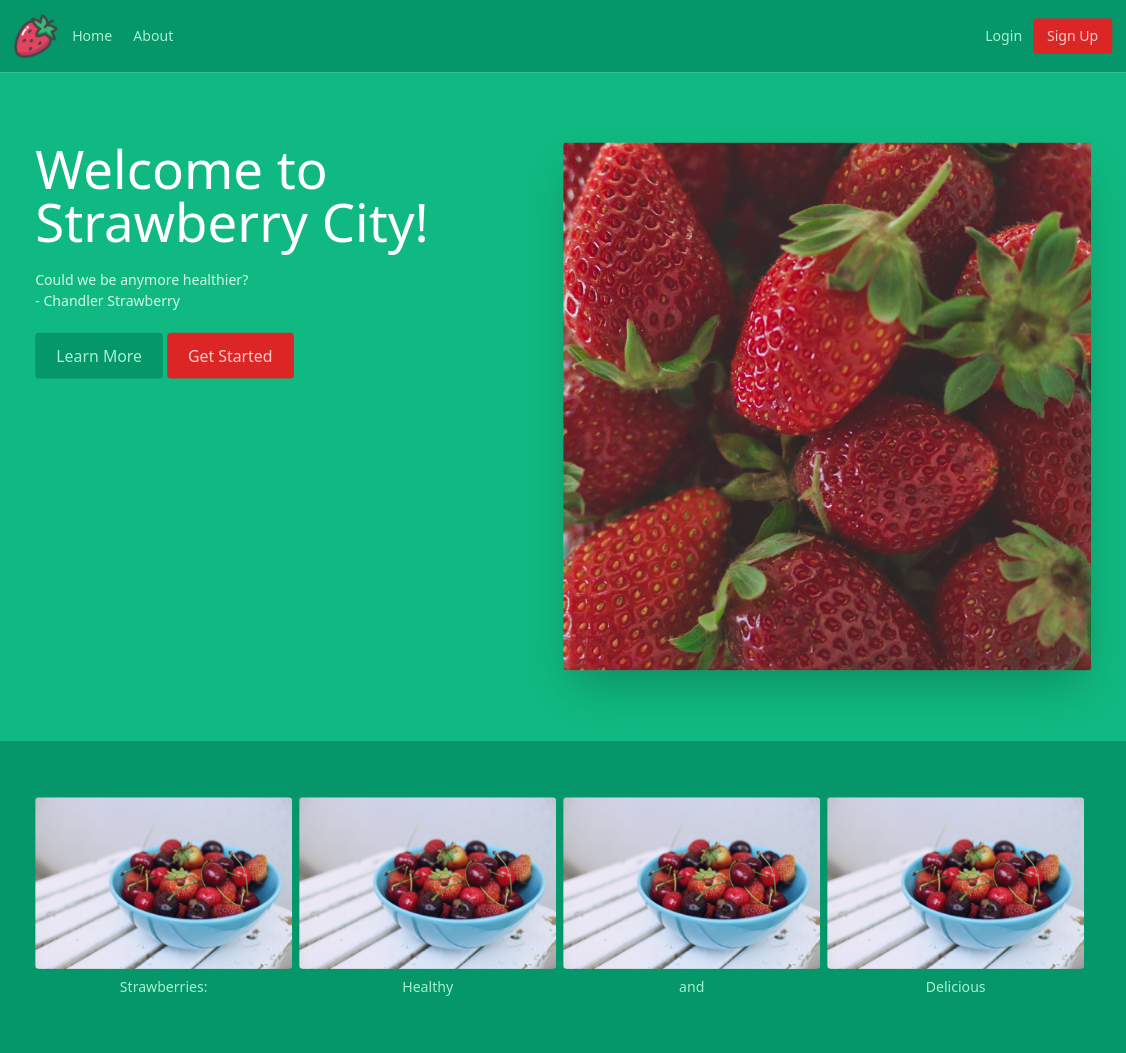
Repository: DaNiels89/tailwind-stawberries
Page: index.html
The author's editor kept a copy of each file at every save. The page is drawn from the files as they stood at one save, then again after the next save.
The browser window is 1280 px wide. The pictures show the whole page, at 88% of full size.

Above is the page before, as saved 2020-08-24 14:38:08.

### index.html
<!DOCTYPE html>
<html lang="en">
  <head>
    <meta charset="UTF-8" />
    <meta name="viewport" content="width=device-width, initial-scale=1.0" />
    <title>Website with Tailwind</title>
    <link
      href="https://unpkg.com/tailwindcss@^1.0/dist/tailwind.min.css"
      rel="stylesheet"
    />
  </head>
  <body>
    <header class="bg-green-600 p-4">
      <nav class="flex justify-between items-center">
        <div class="flex items-center">
          <img
            src="img/strawberry-icon.png"
            alt="Strawberry logo"
            class="mr-2"
            width="50"
          />
          <a
            href="#"
            class="inline-block p-2 text-green-200 hover:text-green-100 mr-2"
            >Home</a
          >
          <a
            href="#"
            class="inline-block p-2 text-green-200 hover:text-green-100"
            >About</a
          >
        </div>
        <div class="">
          <a
            href="#"
            class="inline-block p-2 text-green-200 hover:text-green-100"
            >Login</a
          >
          <a
            href="#"
            class="inline-block py-2 px-4 text-red-200 bg-red-600 rounded hover:text-red-100 hover:bg-red-500 transition ease-in duration-150"
            >Sign Up</a
          >
        </div>
      </nav>
    </header>
    <main class="">
      <div
        class="md:flex justify-between py-20 px-10 bg-green-500 text-green-100"
      >
        <div class="md:w-1/2 mb-10 md:mb-0">
          <h1 class="text-2xl md:text-4xl lg:text-6xl text-white mb-6">
            Welcome to Strawberry City!
          </h1>
          <p class="">Could we be anymore healthier?</p>
          <p class="mb-6">- Chandler Strawberry</p>

          <a
            href="#"
            class="inline-block py-3 px-6 text-lg text-green-200 bg-green-600 rounded hover:text-green-100 hover:bg-green-400 transition ease-in duration-150"
            >Learn More</a
          >
          <a
            href="#"
            class="inline-block py-3 px-6 text-lg text-red-200 bg-red-600 rounded hover:text-red-100 hover:bg-red-500 transition ease-in duration-150"
            >Get Started</a
          >
        </div>
        <div class="w-1/2">
          <img
            src="img/strawberry.jpg"
            alt="Strawberries"
            class="w-full rounded shadow-2xl"
          />
        </div>
      </div>
      <div class="flex py-16 px-10 bg-green-600 text-green-200 text-center">
        <div class="mr-2">
          <img
            src="img/strawberries3.jpg"
            alt="Strawberries"
            class="w-full mb-2 rounded"
          />
          <p class="">Strawberries:</p>
        </div>
        <div class="mr-2">
          <img
            src="img/strawberries3.jpg"
            alt="Strawberries"
            class="w-full mb-2 rounded"
          />
          <p class="">Healthy</p>
        </div>
        <div class="mr-2">
          <img
            src="img/strawberries3.jpg"
            alt="Strawberries"
            class="w-full mb-2 rounded"
          />
          <p class="">and</p>
        </div>
        <div class="mr-2">
          <img
            src="img/strawberries3.jpg"
            alt="Strawberries"
            class="w-full mb-2 rounded"
          />
          <p class="">Delicious</p>
        </div>
      </div>
    </main>
    <footer class=""></footer>
  </body>
</html>

After the next save:
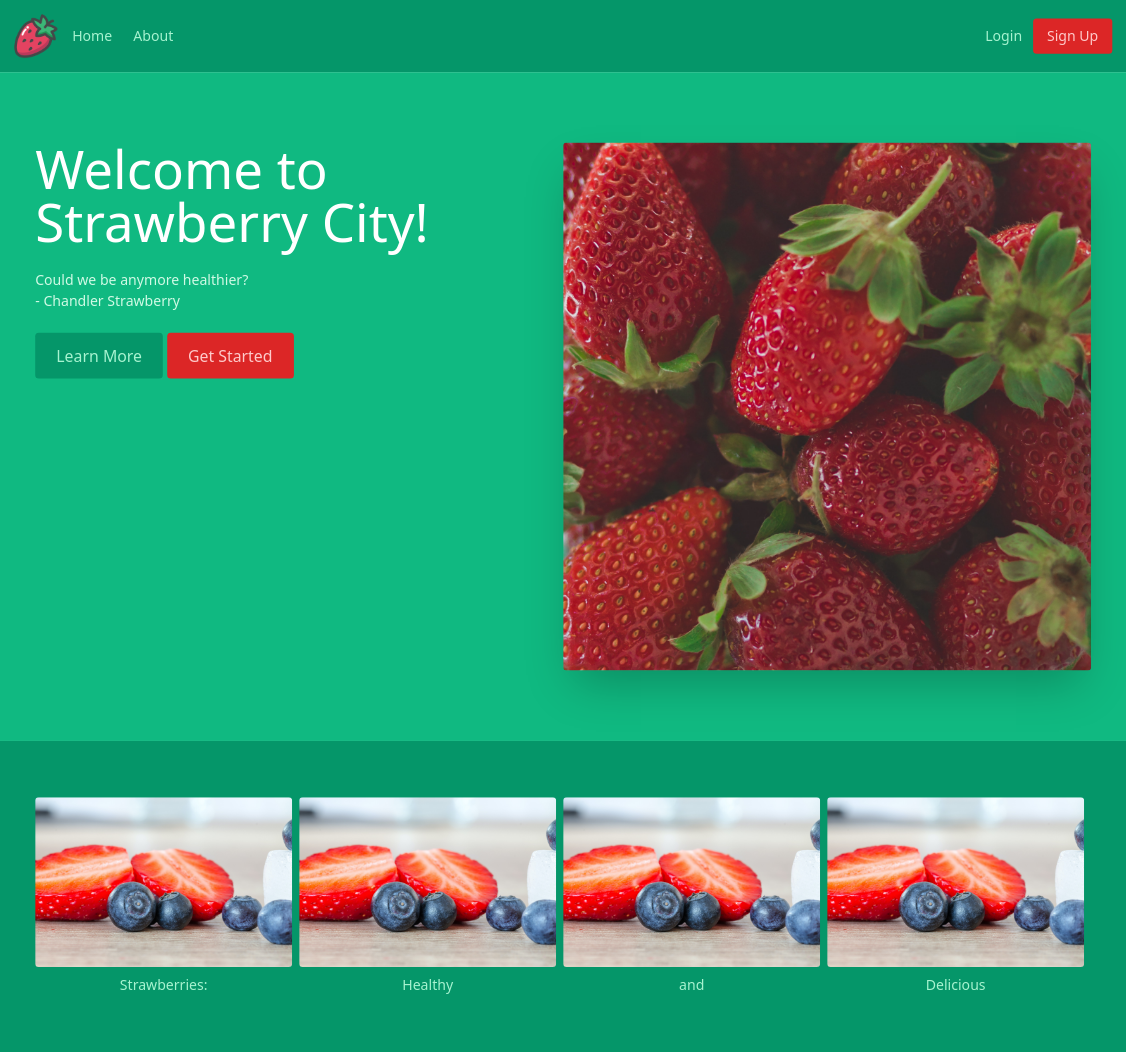
Saved 6 s later.
--- a/index.html
+++ b/index.html
@@ -77,7 +77,7 @@
       <div class="flex py-16 px-10 bg-green-600 text-green-200 text-center">
         <div class="mr-2">
           <img
-            src="img/strawberries3.jpg"
+            src="img/strawberries4.jpg"
             alt="Strawberries"
             class="w-full mb-2 rounded"
           />
@@ -85,7 +85,7 @@
         </div>
         <div class="mr-2">
           <img
-            src="img/strawberries3.jpg"
+            src="img/strawberries4.jpg"
             alt="Strawberries"
             class="w-full mb-2 rounded"
           />
@@ -93,7 +93,7 @@
         </div>
         <div class="mr-2">
           <img
-            src="img/strawberries3.jpg"
+            src="img/strawberries4.jpg"
             alt="Strawberries"
             class="w-full mb-2 rounded"
           />
@@ -101,7 +101,7 @@
         </div>
         <div class="mr-2">
           <img
-            src="img/strawberries3.jpg"
+            src="img/strawberries4.jpg"
             alt="Strawberries"
             class="w-full mb-2 rounded"
           />
